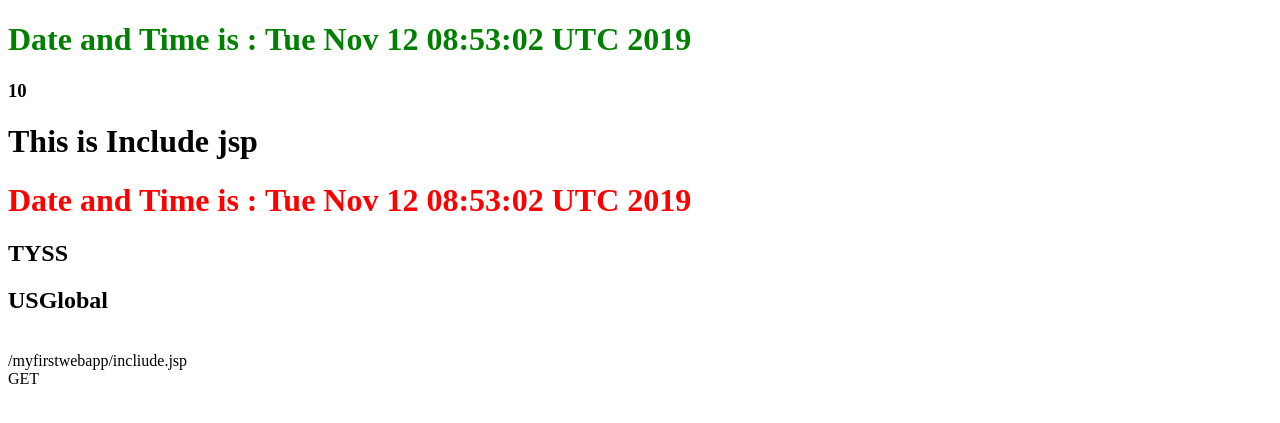
Repository: abhinavk718/servlet-project
Page: http://localhost/myfirstwebapp/incliude.jsp
An editor plug-in stored every save of this project. The page is shown before and after the next save, followed by the edit.
The browser window is 1280 px wide. The pictures show the whole page.
The page is served by Tomcat 9.

Above is the page before, as saved 2019-11-18 10:05:27.

After the next save:
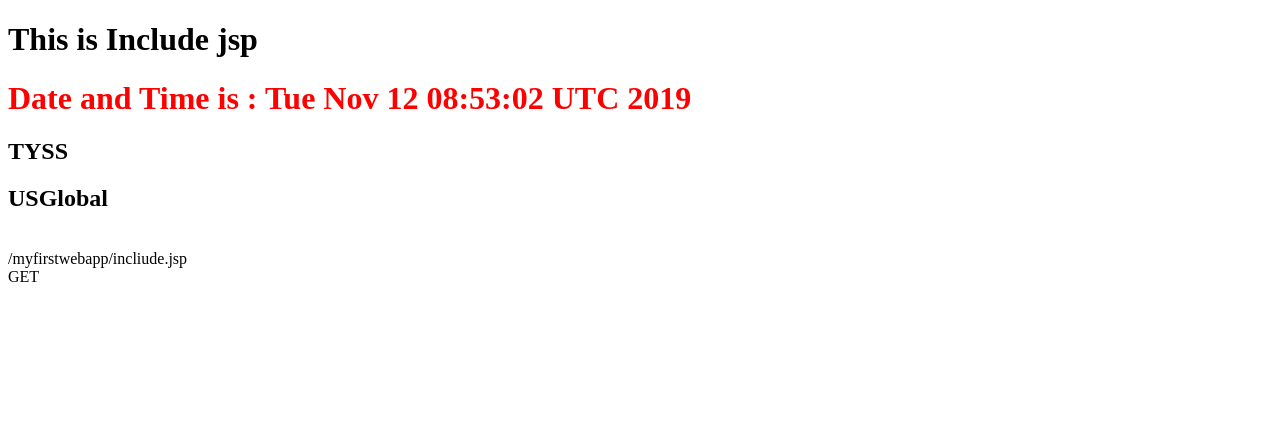
Saved 85 s later.
--- a/myfirstwebapp/WebContent/incliude.jsp
+++ b/myfirstwebapp/WebContent/incliude.jsp
@@ -1,7 +1,7 @@
 <%@ page language="java" contentType="text/html; charset=ISO-8859-1"
     pageEncoding="ISO-8859-1"%>
 
-    <%@include file="/index.jsp" %>
+
 <!DOCTYPE html>
 <html>
 <head>

After the save that followed:
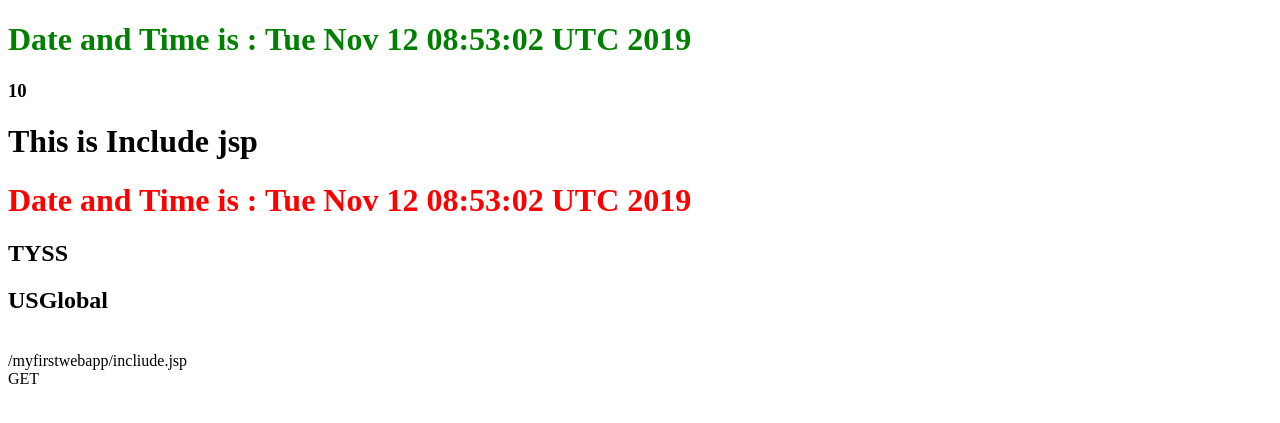
Saved 44 s later.
--- a/myfirstwebapp/WebContent/incliude.jsp
+++ b/myfirstwebapp/WebContent/incliude.jsp
@@ -1,7 +1,7 @@
 <%@ page language="java" contentType="text/html; charset=ISO-8859-1"
     pageEncoding="ISO-8859-1"%>
 
-
+    <%@include file="/index.jsp" %>
 <!DOCTYPE html>
 <html>
 <head>
